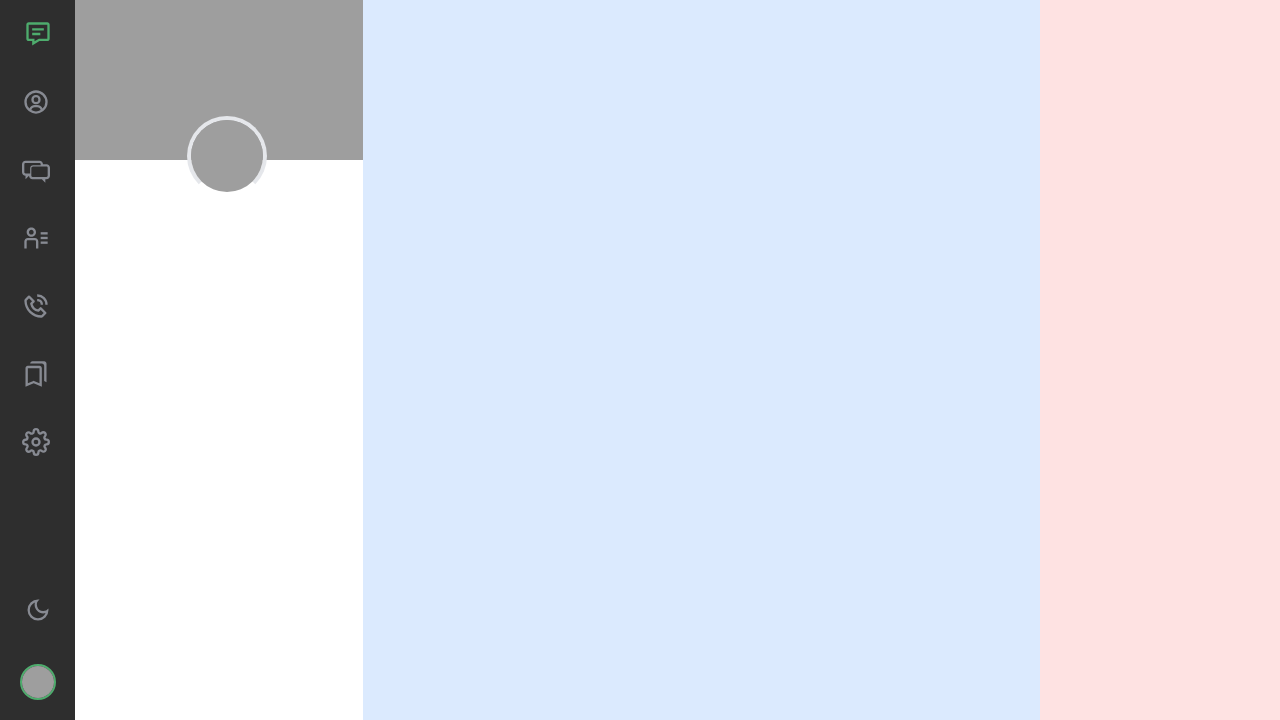
Repository: satya-ranjon/Chat-app
Page: /
These files come from the project's save history. The page is drawn as it stood at one moment and after the next save; the edit follows.
The browser window is 1280 px wide. The pictures show the whole page.
Pictures or frames that could not be fetched are drawn as grey boxes. The project was rebuilt for these pictures with package versions that can differ from the ones it lists, and the page was loaded fresh each time.

Above is the page before, as saved 2022-03-31 03:32:36.

### src/index.js
import * as ReactDOMClient from "react-dom/client";
import "./index.css";
import App from "./App";

const root = ReactDOMClient.createRoot(document.getElementById("root"));
root.render(<App />);

### src/App.jsx
import React from "react";
// import Chats from "./components/Chats/Chats";
import MyProfile from "./components/MyProfile/MyProfile";
import SideBarManu from "./components/SideBarManu";
import UserChat from "./components/UserChat";
import UserProfileSidebar from "./components/UserProfileSidebar";

export default function App() {
  return (
    <div className="flex">
      <SideBarManu />
      {/* <Chats /> */}
      <MyProfile />
      <UserChat />
      <UserProfileSidebar />
    </div>
  );
}

### src/components/MyProfile/MyProfile.jsx
import React from "react";
import UserImage from "../UserImage";
const Image =
  "https://img.freepik.com/free-photo/interior-wall-mockup-green-wall-wooden-cabinet-3d-rendering_41470-3959.jpg?w=996";

export default function MyProfile() {
  return (
    <div className="sm:w-72 h-screen w-40 ">
      <div className="relative">
        <img src={Image} alt={Image} className="w-full h-40" />
        <UserImage className="w-16 h-16 sm:w-20 sm:h-20 rounded-full absolute sm:-bottom-9  -bottom-7 sm:right-[6rem]  right-12  border-4 border-b-white" />
      </div>
    </div>
  );
}

### src/components/SideBarManu.jsx
import React, { useState } from "react";
import { BiMessageDetail, BiUserCircle, BiPhoneCall } from "react-icons/bi";
import { TiMessages } from "react-icons/ti";
import { CgUserList } from "react-icons/cg";

import {
  MdOutlineBookmarks,
  MdOutlineDarkMode,
  MdOutlineLightMode,
} from "react-icons/md";
import { FiSettings } from "react-icons/fi";
import UserImage from "./UserImage";

export default function SideBarManu() {
  const [toggle, setToggle] = useState(true);
  return (
    <div className="w-[75px] h-screen bg-[#2e2e2e] flex flex-col justify-between">
      <div className="flex flex-col">
        <BiMessageDetail
          color="#4eac6d"
          className="text-center  m-5 cursor-pointer mx-auto "
          size={28}
        />
        <div
          className={` ${
            toggle ? `border-[#2e2e2e]` : `border-[#4eac6d]`
          } border-r-4 transition-all duration-200  `}
          onClick={() => setToggle((prev) => !prev)}
        >
          <BiUserCircle
            color={toggle ? `#878a92` : `#4eac6d`}
            className="text-center  m-5 cursor-pointer mx-auto   "
            size={28}
          />
        </div>
        <div className="border-r-4 border-[#2e2e2e] transition-all duration-200 ">
          <TiMessages
            color="#878a92"
            className="text-center  m-5 cursor-pointer mx-auto"
            size={28}
          />
        </div>
        <div className="border-r-4 border-[#2e2e2e] transition-all duration-200 ">
          <CgUserList
            color="#878a92"
            className="text-center  m-5 cursor-pointer mx-auto"
            size={28}
          />
        </div>
        <div className="border-r-4 border-[#2e2e2e] transition-all duration-200 ">
          <BiPhoneCall
            color="#878a92"
            className="text-center  m-5 cursor-pointer mx-auto"
            size={28}
          />
        </div>
        <div className="border-r-4 border-[#2e2e2e] transition-all duration-200 ">
          <MdOutlineBookmarks
            color="#878a92"
            className="text-center  m-5 cursor-pointer mx-auto"
            size={28}
          />
        </div>
        <div className="border-r-4 border-[#2e2e2e] transition-all duration-200 ">
          <FiSettings
            color="#878a92"
            className="text-center  m-5 cursor-pointer mx-auto"
            size={28}
          />
        </div>
      </div>
      <div className="flex flex-col">
        <MdOutlineDarkMode
          color="#878a92"
          className="text-center  m-5 cursor-pointer mx-auto"
          size={28}
        />
        {/* <MdOutlineLightMode
          color="#878a92"
          className="text-center  m-5 cursor-pointer mx-auto"
          size={28}
        /> */}
        <UserImage className="w-9 h-9 rounded-full mx-auto  m-5 border-2 border-[#4eac6d]" />
      </div>
    </div>
  );
}

### src/components/UserChat.jsx
import React from "react";

export default function UserChat() {
  return <div className="flex-grow h-screen bg-blue-100"></div>;
}

### src/components/UserProfileSidebar.jsx
import React from "react";

export default function UserProfileSidebar() {
  return <div className="w-60 h-screen bg-red-100"></div>;
}

### src/components/UserImage.jsx
import React from "react";

export default function UserImage({ className }) {
  return (
    <img
      className={className}
      src="https://media.istockphoto.com/photos/smiling-man-outdoors-in-the-city-picture-id1179420343"
      alt="profile pic"
    />
  );
}

Loaded but not shown: public/index.html (common file); src/index.css (common file); tailwind.config.js (common file)

After the next save:
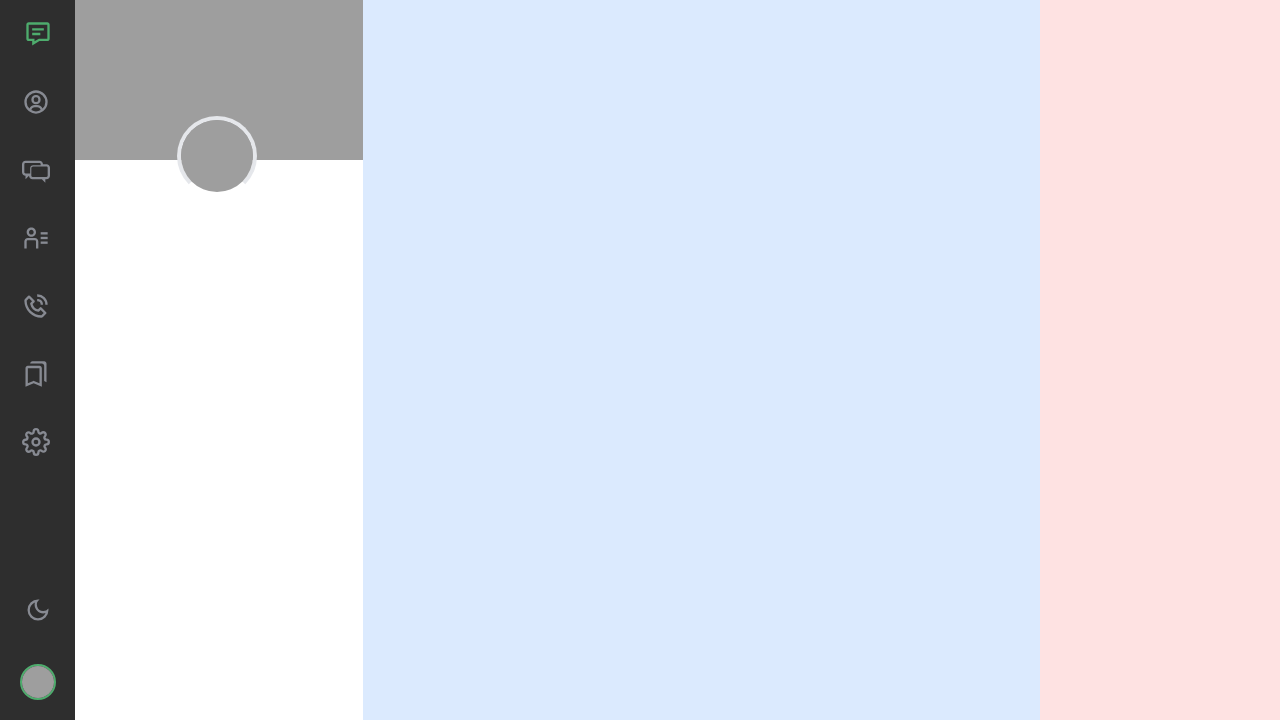
Saved 40 s later.
--- a/src/components/MyProfile/MyProfile.jsx
+++ b/src/components/MyProfile/MyProfile.jsx
@@ -8,7 +8,7 @@ export default function MyProfile() {
     <div className="sm:w-72 h-screen w-40 ">
       <div className="relative">
         <img src={Image} alt={Image} className="w-full h-40" />
-        <UserImage className="w-16 h-16 sm:w-20 sm:h-20 rounded-full absolute sm:-bottom-9  -bottom-7 sm:right-[6rem]  right-12  border-4 border-b-white" />
+        <UserImage className="w-16 h-16 sm:w-20 sm:h-20 rounded-full absolute sm:-bottom-9  -bottom-7 sm:right-[6.6rem]  right-12  border-4 border-b-white" />
       </div>
     </div>
   );
